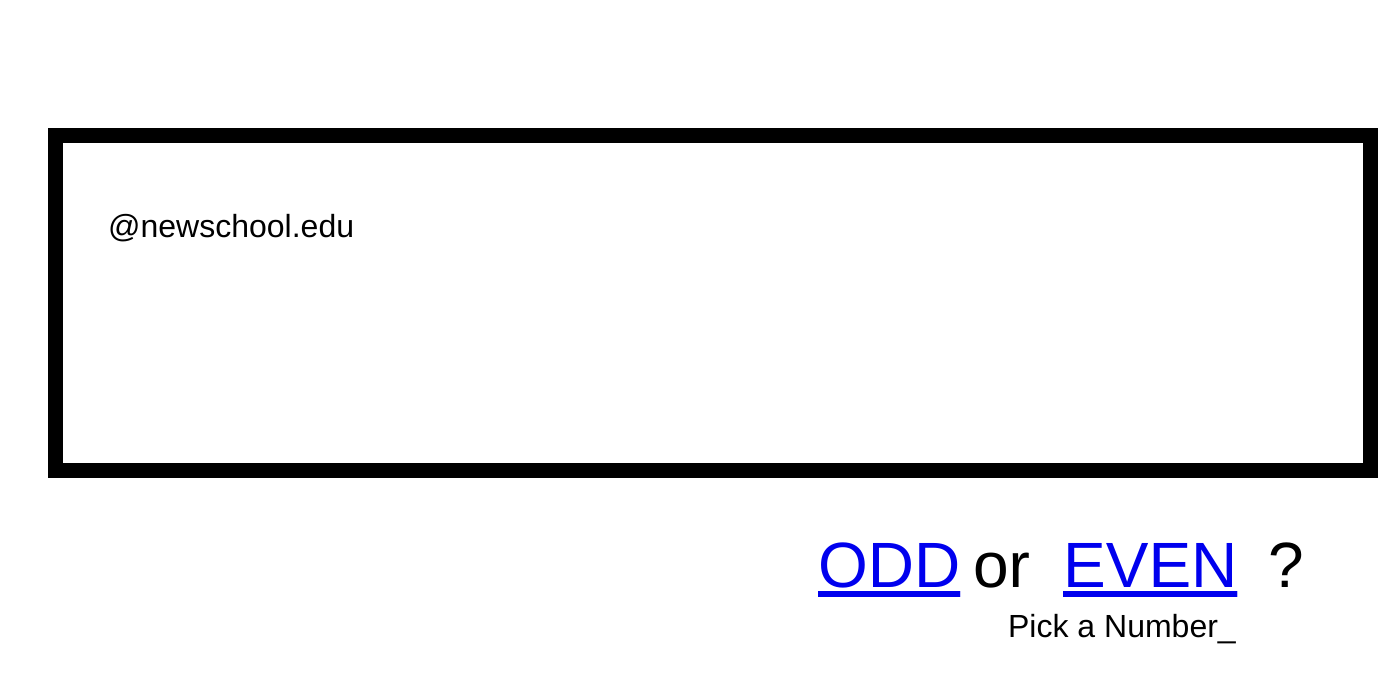
Repository: huanz488/huanz488-github.io
Page: archive/index.html
The author's editor kept a record of every edit. The page is drawn from the files as they stood at one moment, then again after the next edit.
The browser window is 1280 px wide. The page is 1378 px wide, so the pictures cover 1378 px, including what lies to the right of the window. The pictures show the whole page.

Above is the page before.

### archive/index.html
<html>
    <head>
        <link href="app.css" rel="stylesheet" type="text/css" />
    </head>

    <body>
        <div class="edu">@newschool.edu</div>
        <div class="odd"><a href="odd.html">ODD</a></div>
        <div class="or">or</div>
        <div class="even"><a href="even.html">EVEN</a></div>
        <div class="question">?</div>
        <div class="word-wrapper"></div>
        <div class="pickanumber">Pick a Number_</div>
        <div class="border"></div>
    </body>
</html>

### archive/app.css
/*body{*/
/*background: url(image/background.jpg);*/
/*filter:"progid:DXImageTransform.Microsoft.AlphaImageLoader(sizingMethod='scale')";*/
/*-moz-background-size:100% 100%;*/
/*background-size:100% 100%;*/
/*}*/

.word-wrapper{
    display:inline-block;
    margin:center;
}

.edu{
text-align: -webkit-match-parent;
font-family: 'helvetica';
font-size: 200%;
position:absolute;
margin-left: 100px;
margin-top: 200px;
text-decoration: none;
}

.odd{
background-repeat: no-repeat;
font-family: 'helvetica';
position:absolute;
font-size: 400%;
margin-left: 810px;
margin-top: 520px;
text-decoration: none;
}

.or{
text-align: -webkit-match-parent;
font-family: 'helvetica';
font-size: 400%;
position:absolute;
margin-left: 965px;
margin-top: 520px;
text-decoration: none;
}

.even{
text-align: -webkit-match-parent;
font-family: 'helvetica';
font-size: 400%;
position:absolute;
margin-left: 1055px;
margin-top: 520px;
text-decoration: none;
}

.question{
text-align: -webkit-match-parent;
font-family: 'helvetica';
font-size: 400%;
position:absolute;
margin-left: 1260px;
margin-top: 520px;
text-decoration: none;
}

.pickanumber{
text-align: -webkit-match-parent;
font-family: 'helvetica';
font-size: 200%;
position:absolute;
margin-left: 1000px;
margin-top: 600px;
text-decoration: none;
}



a:-webkit-any-link {
  color: -webkit-link;
  text-decoration: underline;
  cursor: auto;
}

.border{
vertical-align: -webkit-baseline-middle;
  margin-top: 120px;
  margin-bottom: 100px;
  margin-left: 40px;
  margin-right: 40px;
  border-top-width: 15px;
  border-right-width: 15px;
  border-bottom-width: 15px;
  border-left-width: 15px;
  border-top-style: solid;
  border-right-style: solid;
  border-bottom-style: solid;
  border-left-style: solid;
  width: 1300px;
  height: 320px;
}

After the next edit:
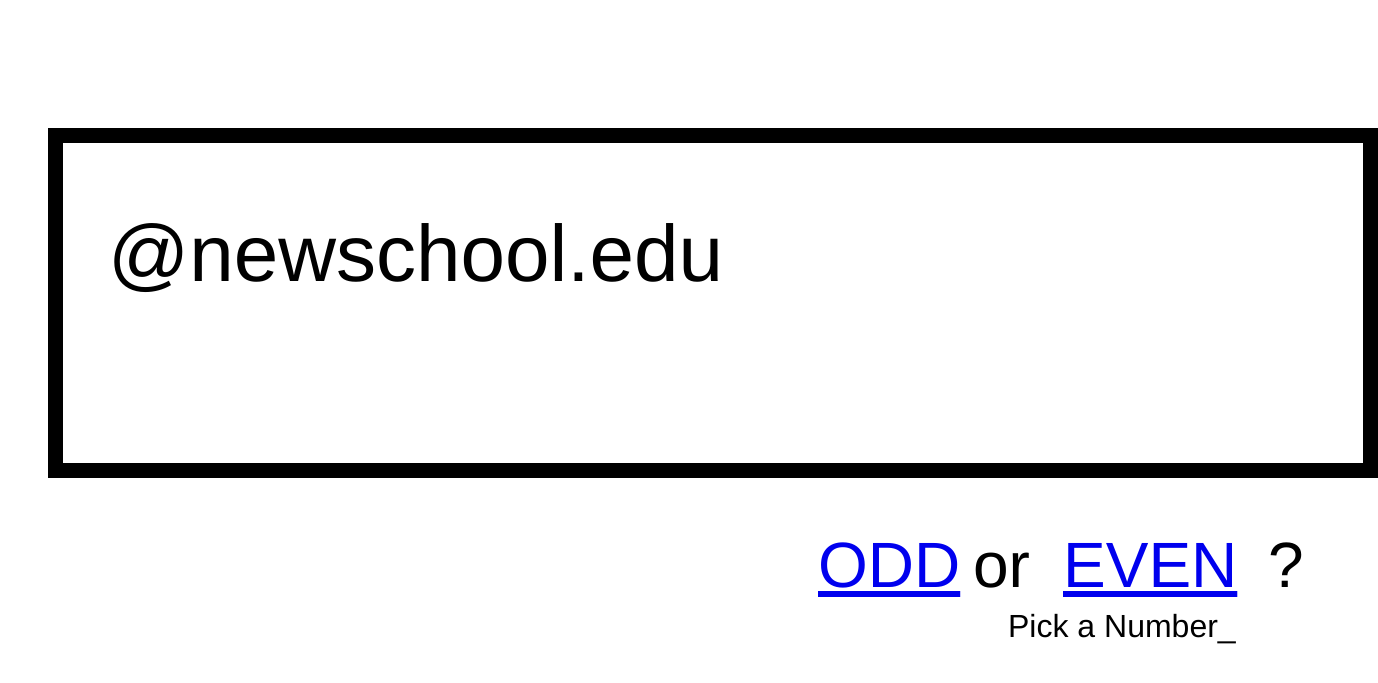
The edit:
--- a/archive/app.css
+++ b/archive/app.css
@@ -13,7 +13,7 @@
 .edu{
 text-align: -webkit-match-parent;
 font-family: 'helvetica';
-font-size: 200%;
+font-size: 500%;
 position:absolute;
 margin-left: 100px;
 margin-top: 200px;
